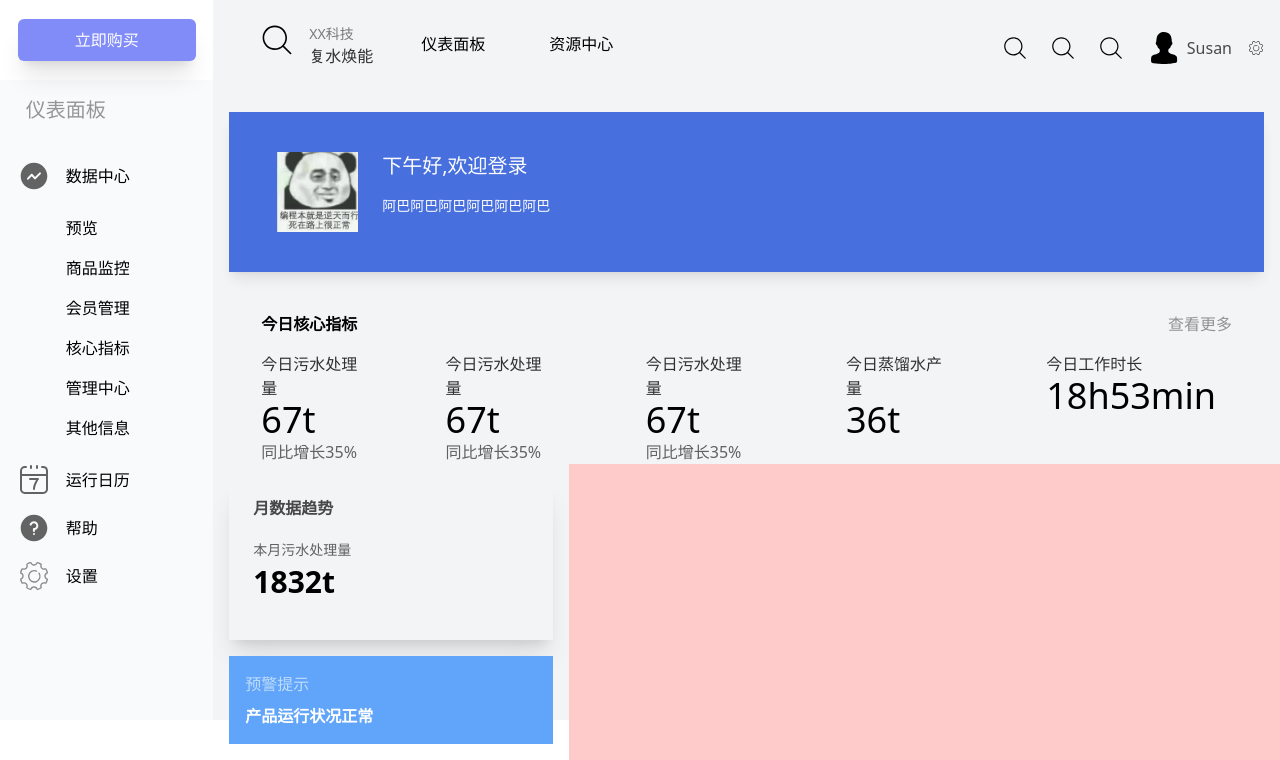
Repository: LiuRuohui/useWater
Page: /
These files come from the project's save history. The page is drawn as it stood at one moment and after the next save; the edit follows.
The browser window is 1280 px wide. The pictures show the whole page.
The project was rebuilt for these pictures with package versions that can differ from the ones it lists, and the page was loaded fresh each time. Also part of the build but not shown: vite.config.js.

Above is the page before, as saved 2022-04-08 16:07:26.

### src/App.vue
<script setup>
import HelloWorld1 from './components/HelloWorld.vue';
</script>

<template>
  <HelloWorld1></HelloWorld1>
</template>

<style>
</style>

### src/index.css
@tailwind base;
@tailwind components;
.inputFrame {
    @apply appearance-none rounded-none relative block w-full px-3 py-2 border border-gray-300 placeholder-gray-500 text-gray-900
}

.inputFrame:focus {
    @apply outline-none border-indigo-500 z-10 inline-block px-5 py-3 rounded-lg shadow-lg
}

.btn {
    @apply relative flex w-full justify-center py-2 border border-transparent font-medium rounded-md text-white bg-indigo-400
}

.btn:hover {
    @apply bg-indigo-500
}

.btn:focus {
    @apply outline-none ring-2 ring-offset-2 ring-indigo-400
}

@tailwind utilities;

### src/components/HelloWorld.vue
<script setup>

</script>

<template>
<div class="w-full h-screen flex flex-row select-none">
  <div class="w-1/5 h-screen justify-center items-center flex flex-col">
    <div class="w-full h-20 justify-center items-center flex">
        <div class="w-5/6">
            <button class="btn text-white justify-center items-center shadow-xl">立即购买</button>
        </div>
    </div>
    <div class="w-full flex flex-grow bg-gray-50 justify-center">
        <div class="w-5/6 pt-4 flex flex-col">
            <div class="h-8 text-xl opacity-40 pl-2">仪表面板</div>
            <div class="mt-4 flex flex-grow flex-col">
                <div class="flex flex-col py-2 hover:cursor-pointer">
                    <div class="flex flex-row py-2 hover:bg-blue-200 hover:cursor-pointer">
                      <img src="../assets/数据.svg" alt="" class="h-8 opacity-60">
                      <div class="pl-4 pt-1">数据中心</div>
                    </div>
                    <div class="mt-2 flex flex-col hover:cursor-pointer">
                        <div class="py-2 pl-12 hover:bg-blue-200">预览</div>
                        <div class="py-2 pl-12 hover:bg-blue-200">商品监控</div>
                        <div class="py-2 pl-12 hover:bg-blue-200">会员管理</div>
                        <div class="py-2 pl-12 hover:bg-blue-200">核心指标</div>
                        <div class="py-2 pl-12 hover:bg-blue-200">管理中心</div>
                        <div class="py-2 pl-12 hover:bg-blue-200">其他信息</div>
                    </div>
                </div>
                <div class="flex flex-row py-2 hover:bg-blue-200 hover:cursor-pointer">
                  <img src="../assets/日历.svg" alt="" class="h-8 opacity-60">
                  <div class="pl-4 pt-1">运行日历</div>
                </div>
                <div class="flex flex-row py-2 hover:bg-blue-200 hover:cursor-pointer">
                  <img src="../assets/帮助.svg" alt="" class="h-8 opacity-60">
                  <div class="pl-4 pt-1">帮助</div>
                </div>
                <div class="flex flex-row py-2 hover:bg-blue-200 hover:cursor-pointer">
                  <img src="../assets/设置.svg" alt="" class="h-8 opacity-60">
                  <div class="pl-4 pt-1">设置</div>
                </div>
            </div>
        </div>
    </div>
  </div>
  <div class="w-full flex flex-grow flex-col bg-gray-100">
      <div class="flex flex-row h-24">
          <img src="../assets/搜索.svg" alt="" class="h-8 mt-6 pl-12 hover:cursor-pointer">
          <div class="flex flex-col pt-6 px-4 hover:cursor-pointer">
              <div class="text-sm opacity-50">XX科技</div>
              <div class="text-md opacity-80">复水焕能</div>
          </div>
          <div class="text-base px-8 pt-8 hover:cursor-pointer">仪表面板</div>
          <div class="text-base px-8 pt-8 hover:cursor-pointer">资源中心</div>
          <div class="flex flex-grow flex-row-reverse">
              <img src="../assets/设置.svg" alt="" class="h-4 mt-10 mr-4 hover:cursor-pointer hover:bg-blue-100">
              <span class="my-9 mr-4 text-black text-base opacity-70 hover:cursor-pointer hover:bg-blue-100">Susan</span>
              <img src="../assets/用户.svg" alt="" class="h-8 mt-8 mr-2 hover:cursor-pointer hover:bg-blue-100">
              <img src="../assets/搜索.svg" alt="" class="h-6 mt-9 mr-6 hover:cursor-pointer hover:bg-blue-100">
              <img src="../assets/搜索.svg" alt="" class="h-6 mt-9 mr-6 hover:cursor-pointer hover:bg-blue-100">
              <img src="../assets/搜索.svg" alt="" class="h-6 mt-9 mr-6 hover:cursor-pointer hover:bg-blue-100">
          </div>
      </div>
      <div class="m-4 bg-blue-700 h-40 opacity-80 shadow-lg">
          <div class="flex flex-row h-24 my-8">
              <img src="../assets/测试图片.jpg" alt="" class="h-20 my-auto pl-12">
              <div class="flex flex-col pl-6 pt-2">
                  <div class="text-xl text-white">下午好,欢迎登录</div>
                  <div class="text-sm text-white pt-4">阿巴阿巴阿巴阿巴阿巴阿巴</div>
              </div>
          </div>
      </div>
      <div class="h-40 my-2 mx-4">
          <div class="flex flex-col pt-4 pl-8">
              <div class="flex flex-row">
                  <div class="font-black text-black">今日核心指标</div>
                  <div class="flex flex-grow flex-row-reverse opacity-40 pr-8">查看更多</div>
              </div>
              <div class="flex flex-grow flex-row mt-4">
                  <div class="flex flex-col pr-8">
                      <div class="opacity-80">今日污水处理量</div>
                      <div class="text-4xl">67t</div>
                      <div class="opacity-60">同比增长35%</div>
                  </div>
                  <div class="flex flex-col px-12">
                      <div class="opacity-80">今日污水处理量</div>
                      <div class="text-4xl">67t</div>
                      <div class="opacity-60">同比增长35%</div>
                  </div>
                  <div class="flex flex-col px-12">
                      <div class="opacity-80">今日污水处理量</div>
                      <div class="text-4xl">67t</div>
                      <div class="opacity-60">同比增长35%</div>
                  </div>
                  <div class="flex flex-col px-12">
                      <div class="opacity-80">今日蒸馏水产量</div>
                      <div class="text-4xl">36t</div>
                  </div>
                  <div class="flex flex-col px-12">
                      <div class="opacity-80">今日工作时长</div>
                      <div class="text-4xl">18h53min</div>
                  </div>
              </div>
          </div>
      </div>
      <div class="flex flex-grow flex-row">
          <div class="w-1/3 flex flex-col">
              <div class="flex h-40 m-4 shadow-xl flex-col">
                  <div class="font-bold opacity-70 my-4 ml-6">月数据趋势</div>
                  <div class="flex flex-grow flex-col ml-6">
                      <div class="opacity-60 text-sm my-1">本月污水处理量</div>
                      <div class="font-bold text-3xl">1832t</div>
                  </div>
              </div>
              <div class="flex flex-grow bg-blue-400 mx-4 mb-4">
                  <div class="w-full flex flex-col m-4">
                      <div class="w-full flex flex-row">
                          <div class="text-white mb-2 text-base opacity-60">预警提示</div>
                      </div>
                      <div class="text-white font-semibold">产品运行状况正常</div>
                  </div>
              </div>
          </div>
          <div class="flex flex-grow bg-red-200">

          </div>
      </div>
  </div>
</div>
</template>

<style scoped>

</style>

### tailwind.config.js
module.exports = {
    content: [
        "./index.html",
        "./src/**/*.{vue,js,ts,jsx,tsx}",
    ],
    theme: {
        extend: {},
    },
    variants: {
        backgroundColor: ['responsive', 'hover', 'focus', 'active']
    },
    plugins: [],
}

Loaded but not shown: index.html (common file); src/main.js (common file)

After the next save:
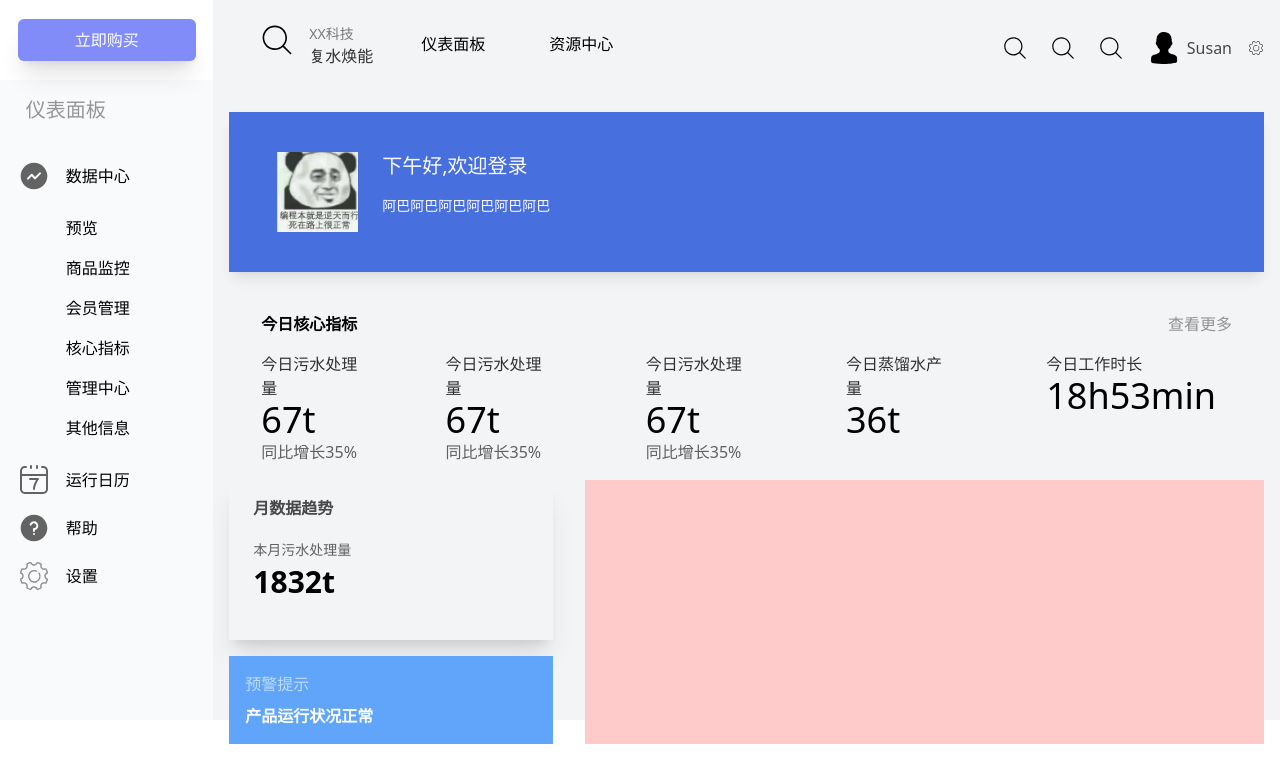
Saved 5 s later.
--- a/src/components/HelloWorld.vue
+++ b/src/components/HelloWorld.vue
@@ -122,7 +122,7 @@
                   </div>
               </div>
           </div>
-          <div class="flex flex-grow bg-red-200">
+          <div class="flex flex-grow bg-red-200 m-4">
 
           </div>
       </div>
